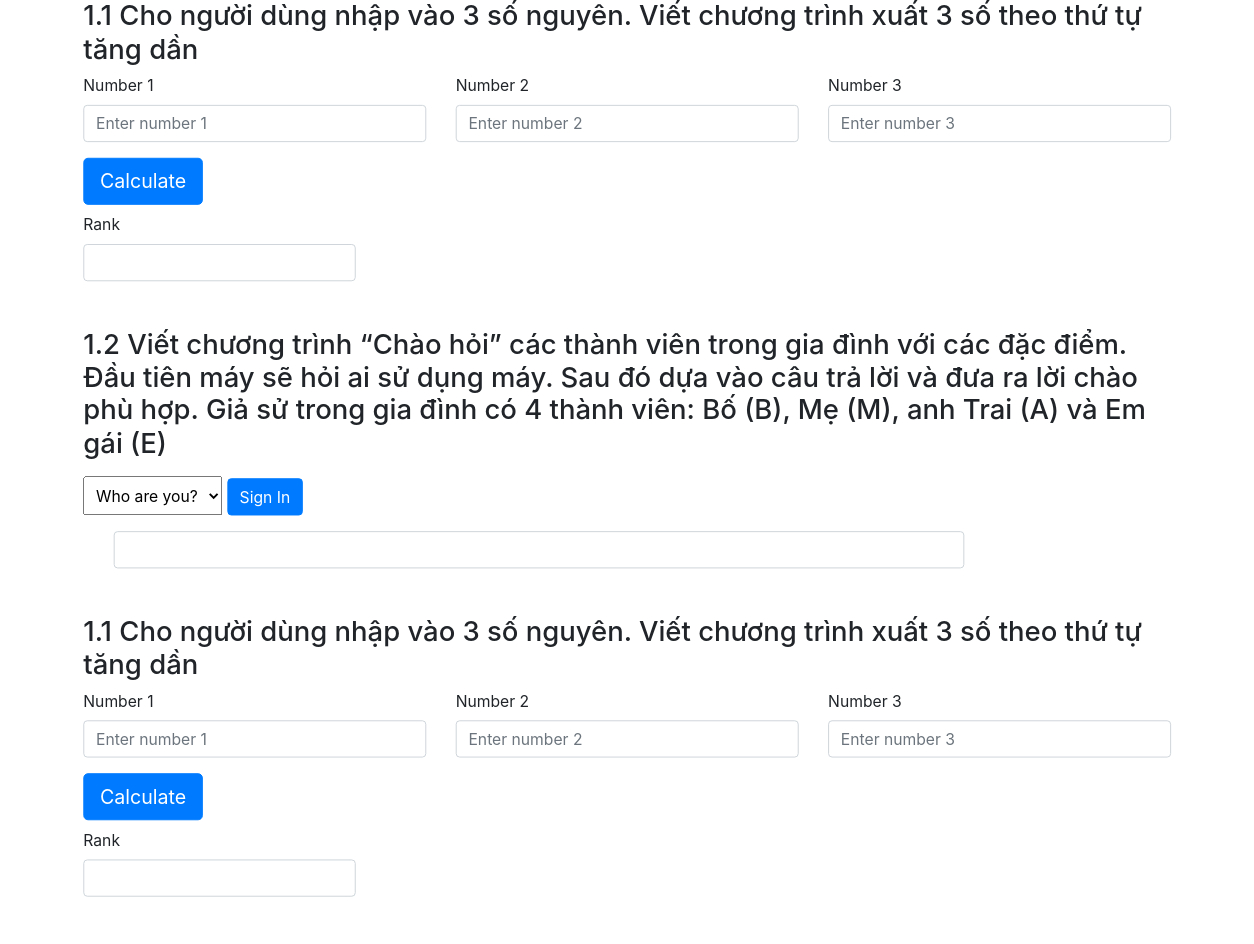
Repository: baobaodeveloper/bootscamp21__jsbasic__HuynhAnhBao
Page: index.html
An editor plug-in stored every save of this project. The page is shown before and after the next save, followed by the edit.
The browser window is 1280 px wide. The pictures show the whole page, at 98% of full size.

Above is the page before, as saved 2022-03-10 18:46:30.

### index.html
<!DOCTYPE html>
<html lang="en">
  <head>
    <title>javaScript basic</title>
    <!-- Required meta tags -->
    <meta charset="utf-8" />
    <meta
      name="viewport"
      content="width=device-width, initial-scale=1, shrink-to-fit=no"
    />

    <!-- Bootstrap CSS -->
    <link
      rel="stylesheet"
      href="https://stackpath.bootstrapcdn.com/bootstrap/4.3.1/css/bootstrap.min.css"
      integrity="sha384-ggOyR0iXCbMQv3Xipma34MD+dH/1fQ784/j6cY/iJTQUOhcWr7x9JvoRxT2MZw1T"
      crossorigin="anonymous"
    />
  </head>
  <body>
    <!-- Cho người dùng nhập vào 3 số nguyên. Viết chương trình xuất 3 số theo thứ tự tăng dần -->
    <div class="container mb-xl-5">
      <h3>
        1.1 Cho người dùng nhập vào 3 số nguyên. Viết chương trình xuất 3 số
        theo thứ tự tăng dần
      </h3>

      <div class="row">
        <div class="col">
          <label class="form-label">Number 1</label>
          <input
            type="text"
            class="form-control num1"
            placeholder="Enter number 1"
          />
        </div>
        <div class="col">
          <label class="form-label">Number 2</label>
          <input
            type="number"
            class="form-control num2"
            placeholder="Enter number 2"
          />
        </div>
        <div class="col">
          <label class="form-label">Number 3</label>
          <input
            type="number"
            class="form-control num3"
            placeholder="Enter number 3"
          />
        </div>
      </div>

      <button type="button " class="btn btn-primary btn-lg mt-3 mb-2 btn-rank">
        Calculate
      </button>

      <div class="mt-3 m-auto">
        <label class="form-label">Rank</label>
        <input type="text" class="form-control w-25 result1" />
      </div>
    </div>

    <!-- Viết chương trình “Chào hỏi” các thành viên trong gia đình với các đặc điểm. Đầu tiên máy
    sẽ hỏi ai sử dụng máy. Sau đó dựa vào câu trả lời và đưa ra lời chào phù hợp. Giả sử trong
    gia đình có 4 thành viên: Bố (B), Mẹ (M), anh Trai (A) và Em gái (E) -->
    <div class="container mb-5">
      <h3 class="mb-3">
        1.2 Viết chương trình “Chào hỏi” các thành viên trong gia đình với các
        đặc điểm. Đầu tiên máy sẽ hỏi ai sử dụng máy. Sau đó dựa vào câu trả lời
        và đưa ra lời chào phù hợp. Giả sử trong gia đình có 4 thành viên: Bố
        (B), Mẹ (M), anh Trai (A) và Em gái (E)
      </h3>

      <select class="form-select p-2" aria-label="Default select example">
        <option selected>Who are you?</option>
        <option value="M">M</option>
        <option value="B">B</option>
        <option value="A">A</option>
        <option value="E">E</option>
      </select>

      <button type="button" class="btn btn-primary btn-sign-in">Sign In</button>

      <div class="m-3 row">
        <div class="col-sm-10">
          <input
            type="text"
            class="form-control output-sign-in"
            id="inputPassword"
          />
        </div>
      </div>
    </div>

    <!--  1.3 Cho 3 số nguyên. Viết chương trình xuất ra có bao nhiêu số lẻ và bao nhiêu số chẵn.-->
    <div class="container mb-xl-5">
      <h3>
        1.1 Cho người dùng nhập vào 3 số nguyên. Viết chương trình xuất 3 số
        theo thứ tự tăng dần
      </h3>

      <div class="row">
        <div class="col">
          <label class="form-label">Number 1</label>
          <input
            type="text"
            class="form-control num1"
            placeholder="Enter number 1"
          />
        </div>
        <div class="col">
          <label class="form-label">Number 2</label>
          <input
            type="number"
            class="form-control num2"
            placeholder="Enter number 2"
          />
        </div>
        <div class="col">
          <label class="form-label">Number 3</label>
          <input
            type="number"
            class="form-control num3"
            placeholder="Enter number 3"
          />
        </div>
      </div>

      <button type="button " class="btn btn-primary btn-lg mt-3 mb-2 btn-rank">
        Calculate
      </button>

      <div class="mt-3 m-auto">
        <label class="form-label">Rank</label>
        <input type="text" class="form-control w-25 result1" />
      </div>
    </div>

    <!-- Optional JavaScript -->
    <!-- jQuery first, then Popper.js, then Bootstrap JS -->
    <script
      src="https://code.jquery.com/jquery-3.3.1.slim.min.js"
      integrity="sha384-q8i/X+965DzO0rT7abK41JStQIAqVgRVzpbzo5smXKp4YfRvH+8abtTE1Pi6jizo"
      crossorigin="anonymous"
    ></script>
    <script
      src="https://cdnjs.cloudflare.com/ajax/libs/popper.js/1.14.7/umd/popper.min.js"
      integrity="sha384-UO2eT0CpHqdSJQ6hJty5KVphtPhzWj9WO1clHTMGa3JDZwrnQq4sF86dIHNDz0W1"
      crossorigin="anonymous"
    ></script>
    <script
      src="https://stackpath.bootstrapcdn.com/bootstrap/4.3.1/js/bootstrap.min.js"
      integrity="sha384-JjSmVgyd0p3pXB1rRibZUAYoIIy6OrQ6VrjIEaFf/nJGzIxFDsf4x0xIM+B07jRM"
      crossorigin="anonymous"
    ></script>

    <!-- <script src="exercise1.js"></script> -->
    <script src="exercise2.js"></script>
  </body>
</html>

### exercise2.js
const select = document.querySelector(".form-select");
const btnSignIn = document.querySelector(".btn-sign-in");
const outputSignIn = document.querySelector(".output-sign-in");

btnSignIn.addEventListener("click", () => {
  let who = "Em gái";
  if (select.value === "M") {
    who = "Mẹ";
  } else if (select.value === "B") {
    who = "Ba";
  } else if (select.value === "A") {
    who = "Anh Trai";
  }

  outputSignIn.value = `Hello ${who}`;
});

After the next save:
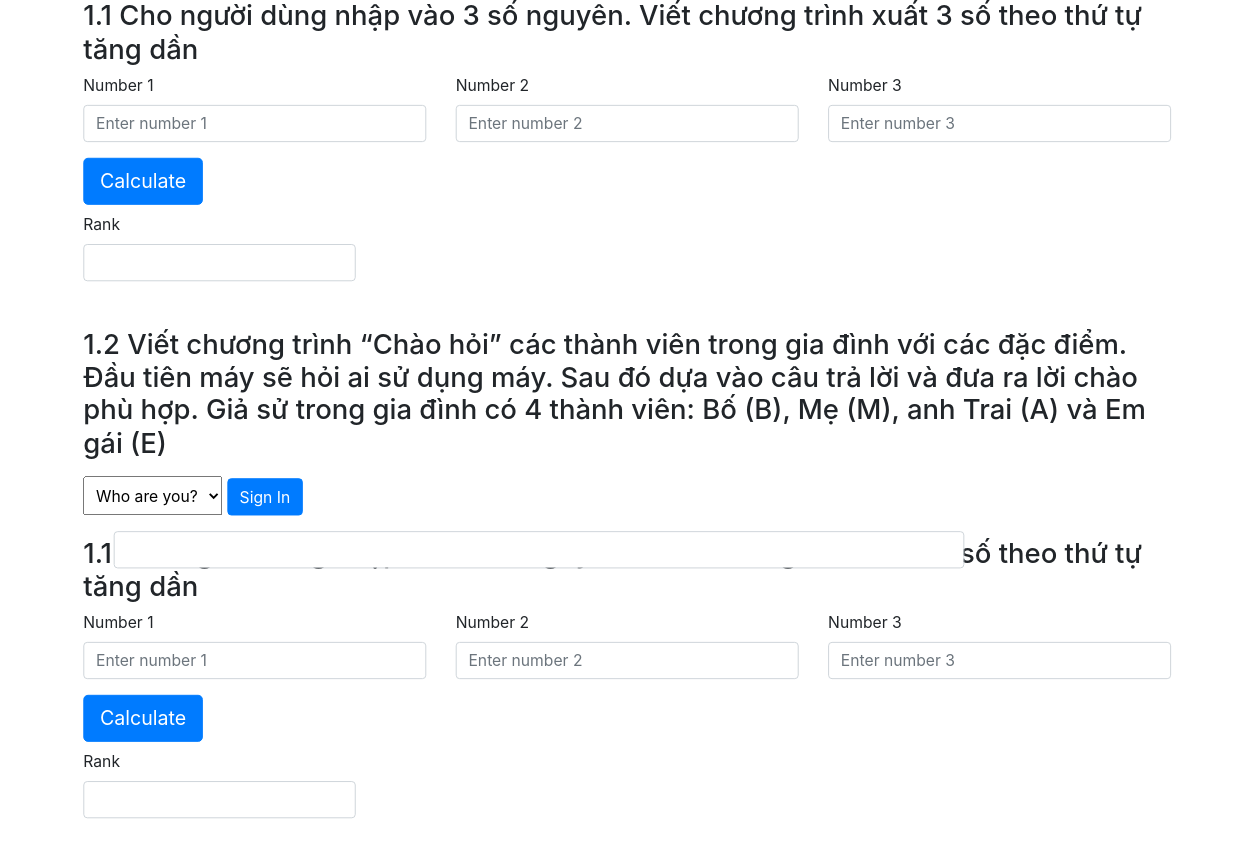
Saved 16 s later.
--- a/index.html
+++ b/index.html
@@ -65,7 +65,7 @@
     <!-- Viết chương trình “Chào hỏi” các thành viên trong gia đình với các đặc điểm. Đầu tiên máy
     sẽ hỏi ai sử dụng máy. Sau đó dựa vào câu trả lời và đưa ra lời chào phù hợp. Giả sử trong
     gia đình có 4 thành viên: Bố (B), Mẹ (M), anh Trai (A) và Em gái (E) -->
-    <div class="container mb-5">
+    <div class="container mb-lg-n5">
       <h3 class="mb-3">
         1.2 Viết chương trình “Chào hỏi” các thành viên trong gia đình với các
         đặc điểm. Đầu tiên máy sẽ hỏi ai sử dụng máy. Sau đó dựa vào câu trả lời

After the save that followed:
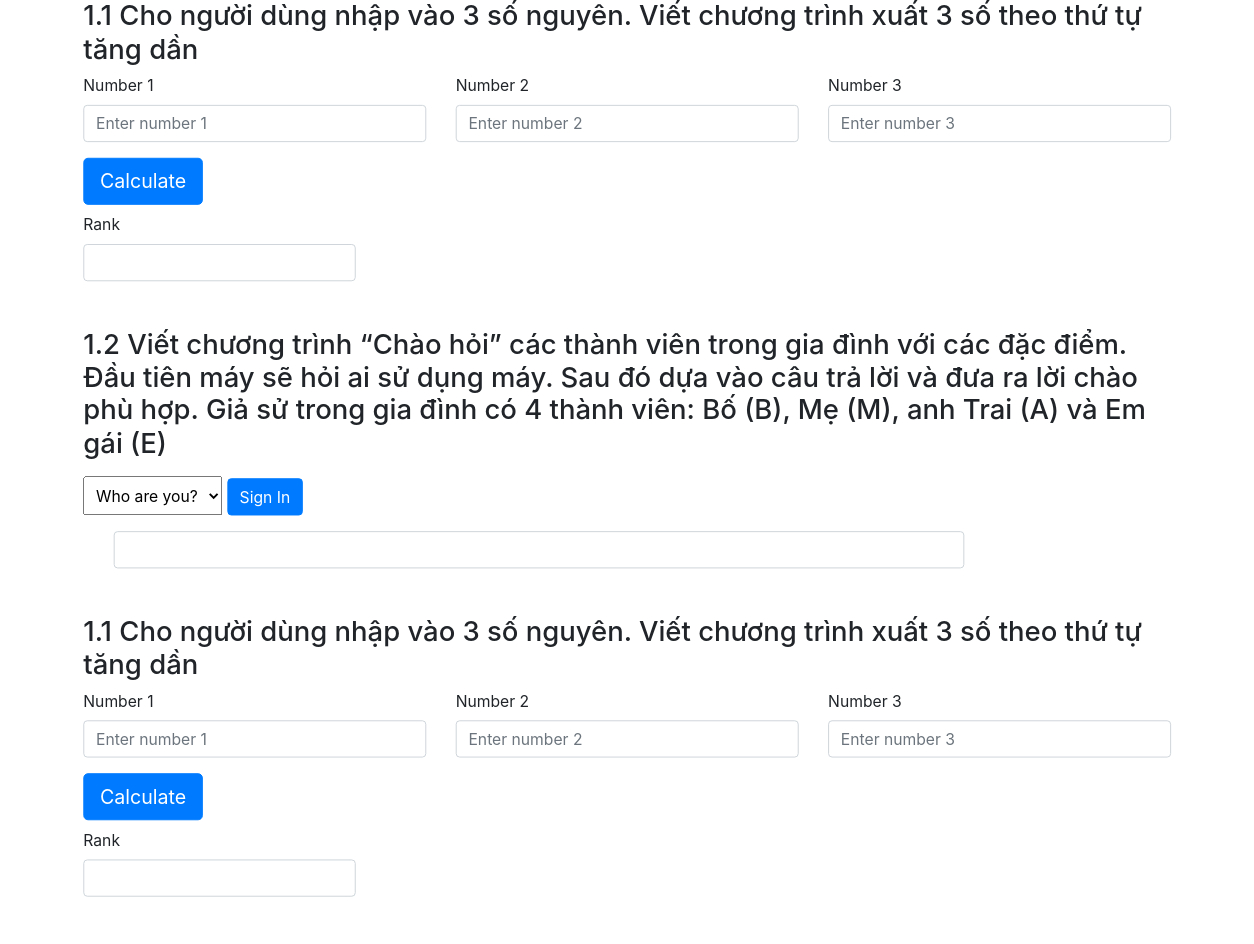
Saved 13 s later.
--- a/index.html
+++ b/index.html
@@ -65,7 +65,7 @@
     <!-- Viết chương trình “Chào hỏi” các thành viên trong gia đình với các đặc điểm. Đầu tiên máy
     sẽ hỏi ai sử dụng máy. Sau đó dựa vào câu trả lời và đưa ra lời chào phù hợp. Giả sử trong
     gia đình có 4 thành viên: Bố (B), Mẹ (M), anh Trai (A) và Em gái (E) -->
-    <div class="container mb-lg-n5">
+    <div class="container mb-5">
       <h3 class="mb-3">
         1.2 Viết chương trình “Chào hỏi” các thành viên trong gia đình với các
         đặc điểm. Đầu tiên máy sẽ hỏi ai sử dụng máy. Sau đó dựa vào câu trả lời
